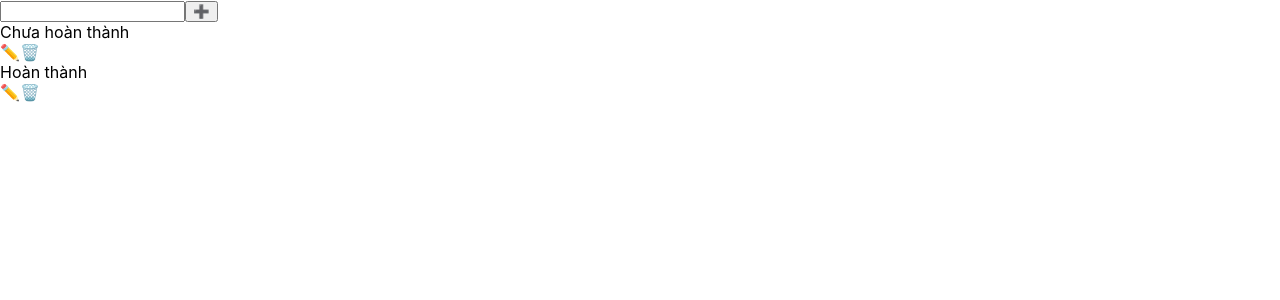
Repository: ChauVanLoc/TodoList-Reactjs
Page: / (app in todo-app/)
These files come from the project's save history. The page is drawn as it stood at one moment and after the next save; the edit follows.
The browser window is 1280 px wide. The pictures show the whole page.
The project was rebuilt for these pictures with package versions that can differ from the ones it lists, and the page was loaded fresh each time.

Above is the page before, as saved 2022-12-04 00:26:02.

After the next save:
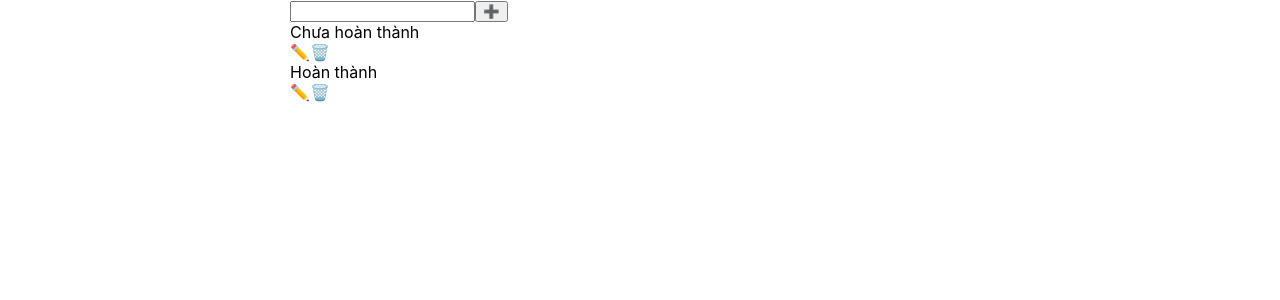
Saved 18 s later.
--- a/todo-app/src/components/TodoList/TodoList.tsx
+++ b/todo-app/src/components/TodoList/TodoList.tsx
@@ -7,7 +7,7 @@ type Props = {};
 
 function TodoList({}: Props) {
   return (
-    <div className="TodoStyle[container]">
+    <div className={TodoStyle["container"]}>
       <TaskInput />
       <div>
         <TaskList title="Chưa hoàn thành" />
